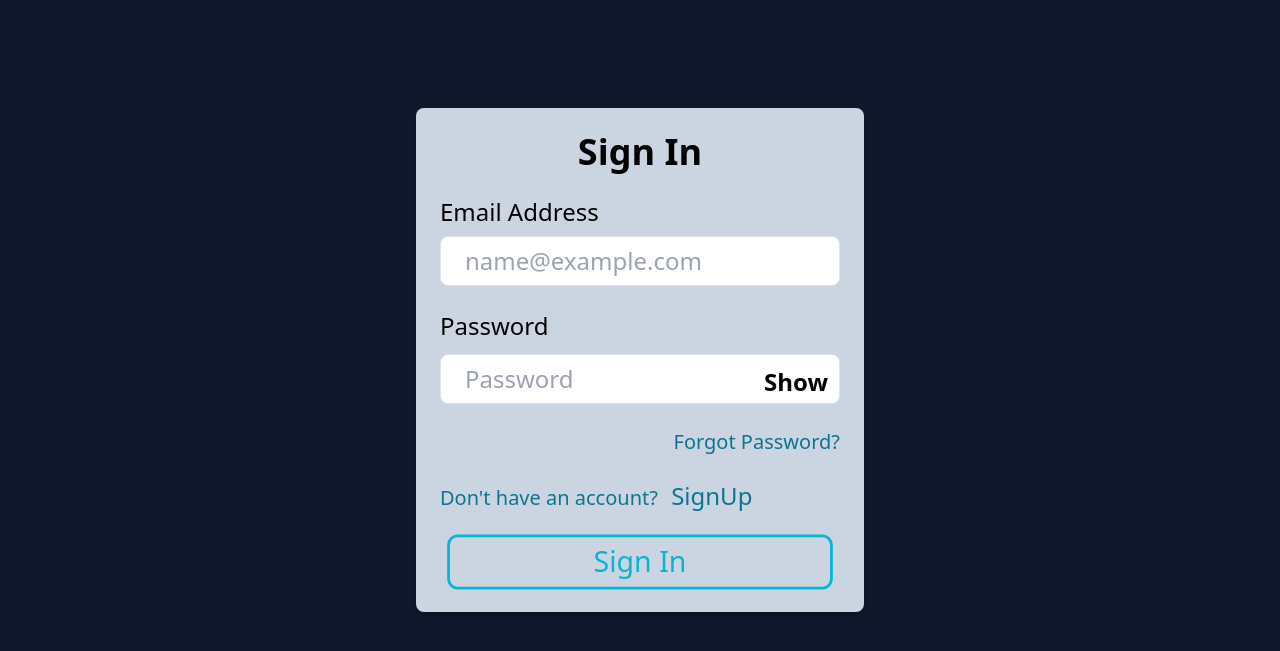
Repository: sayyad-mukthumsa-123/Movie-Verse
Page: /login (app in frontend/)
These files come from the project's save history. The page is drawn as it stood at one moment and after the next save; the edit follows.
The browser window is 1280 px wide. The pictures show the whole page.
The page's requests for data from a server got no answer. The project was rebuilt for these pictures with package versions that can differ from the ones it lists, and the page was loaded fresh each time. No one was signed in, and anything a server would have sent is missing. Also part of the build but not shown: frontend/src/pages/Welcome.jsx, frontend/src/components/Logout.jsx, frontend/src/components/Navbar.jsx, frontend/src/components/Cards.jsx, frontend/src/pages/Home.jsx, frontend/src/components/AvatarSelection.jsx, frontend/src/pages/SignUp.jsx, frontend/src/pages/MovieRecommendations.jsx and 17 more.

Above is the page before, as saved 2025-02-18 22:43:55.

After the next save:
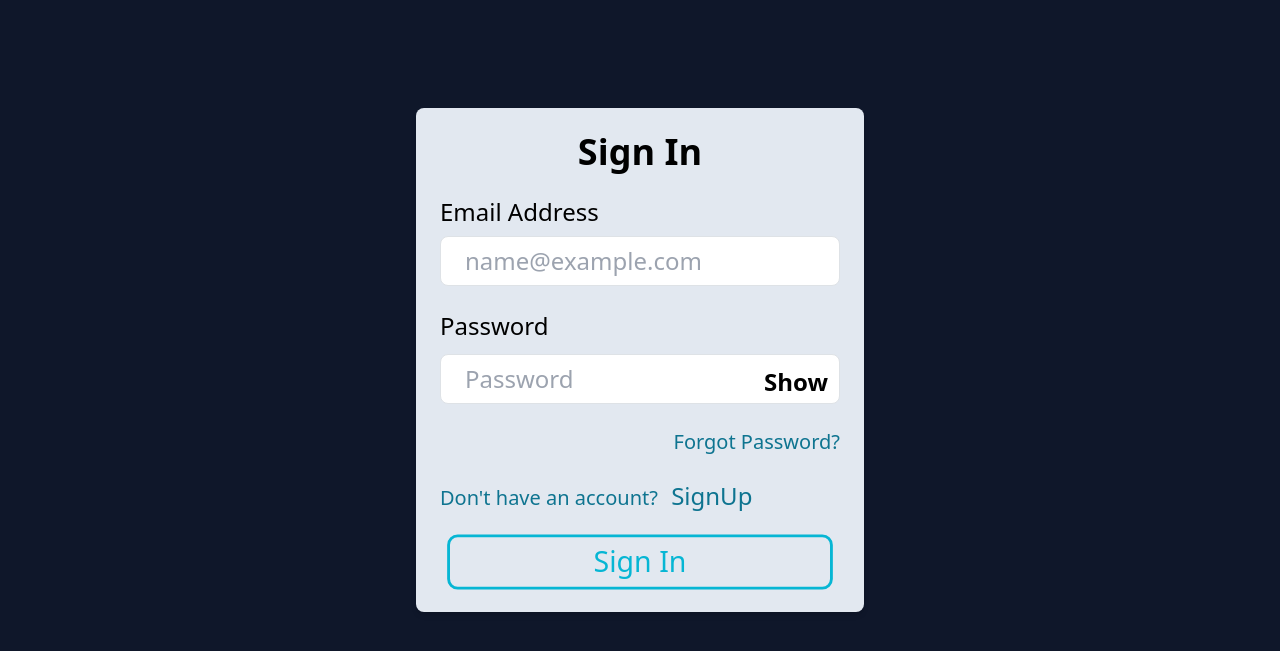
Saved 4 s later.
--- a/frontend/src/pages/SignIn.jsx
+++ b/frontend/src/pages/SignIn.jsx
@@ -71,7 +71,7 @@
 
   return (
     <div className="flex items-center justify-center min-h-screen bg-slate-900">
-      <div className="w-full max-w-md bg-slate-300 text-black rounded-lg shadow-md p-6">
+      <div className="w-full max-w-md bg-slate-200 text-black rounded-lg shadow-md p-6">
         <h1 className="text-4xl font-bold  text-center mb-6">Sign In</h1>
         <form onSubmit={handleSubmit}>
           <div className="mb-4">
